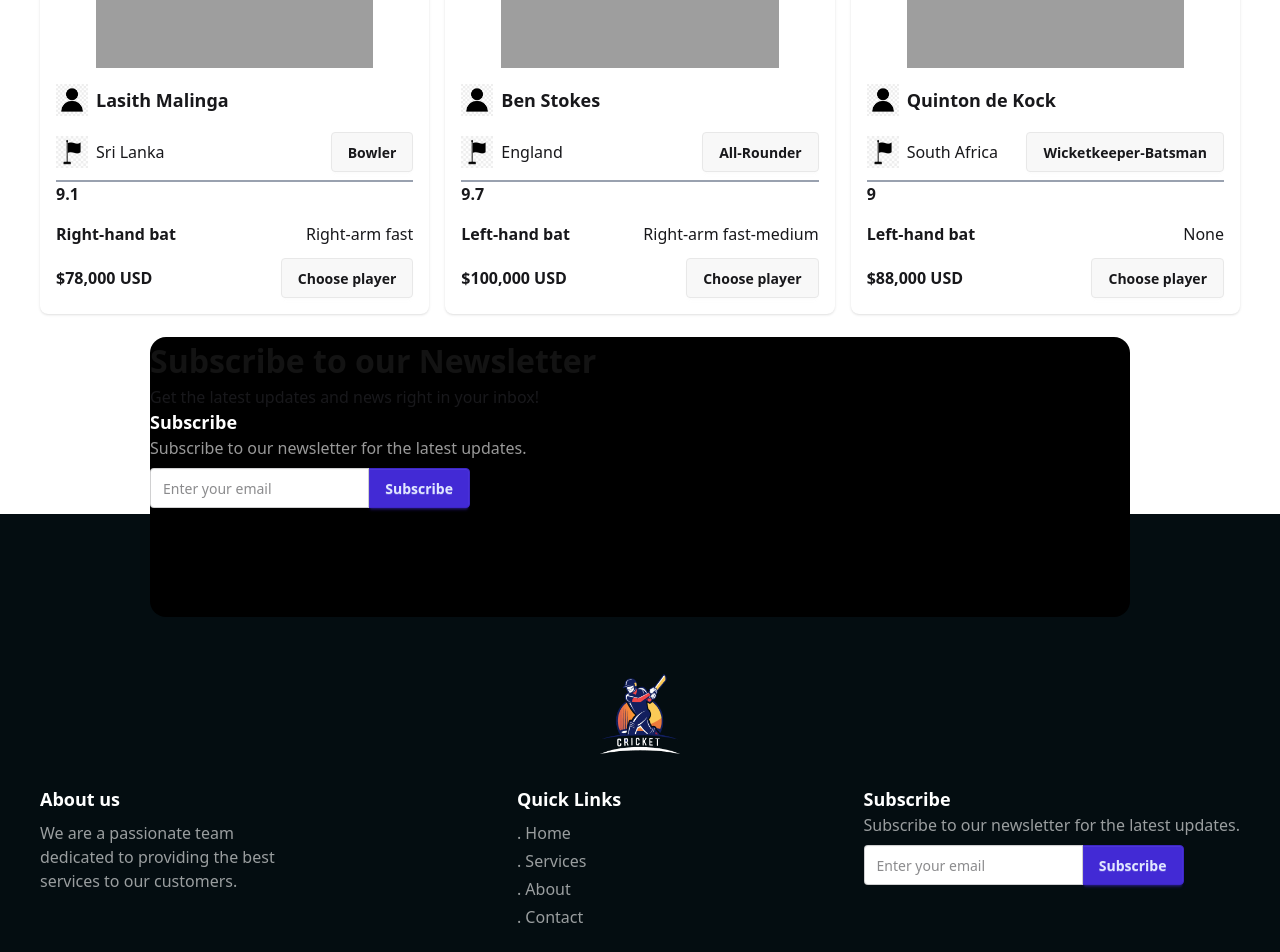
Repository: SanjidaSnigdha/Select-your-eleven
Page: /
An editor plug-in stored every save of this project. The page is shown before and after the next save, followed by the edit.
The browser window is 1280 px wide. The pictures show the part of the page from y = 2763 to 3715 px (the page is 3807 px tall).
Pictures or frames that could not be fetched are drawn as grey boxes. The project was rebuilt for these pictures with package versions that can differ from the ones it lists, and the page was loaded fresh each time. Also part of the build but not shown: vite.config.js, src/App.css, src/components/SelectedCard/SelectedCard.jsx, src/components/SelectedPlayers/SelectedPlayers.jsx.

Above is the page before, as saved 2026-03-23 01:41:37.

### index.html
<!doctype html>
<html lang="en" style="color-scheme: light;">
  <head>
    <meta charset="UTF-8" />
    <link rel="icon" type="image/svg+xml" href="/favicon.svg" />
    <meta name="viewport" content="width=device-width, initial-scale=1.0" />
    <title>select-your-eleven</title>
  </head>
  <body>
    <div id="root"></div>
    <script type="module" src="/src/main.jsx"></script>
  </body>
</html>

### src/index.css
 @import "tailwindcss";
 @plugin "daisyui" {
  themes: light --default, dark --prefersdark;
  themes: light --default;
 }

### src/App.jsx

import './App.css'
import { ToastContainer } from 'react-toastify';

import AvailablePlayers from './components/AvailablePlayers/AvailablePlayers'
import SelectedPlayers from './components/SelectedPlayers/SelectedPlayers'
import Navbar from './components/Navbar/Navbar'
import { Suspense, useState } from 'react'
import Banner from './components/Banner/Banner';
import Footer from './components/Footer/Footer';
import NewsLetter from './components/NewsLetter/NewsLetter';

const fetchPlayers = async () =>{
  const res = await fetch("/players.json")
  return res.json()
}
const playersPromise = fetchPlayers()


function App() {
  const [toggle,setToggle] = useState(true)
  const [availableBalance,setAvailableBalance] = useState(600000)
  const [purchasedPlayers,setPurchasedPlayers] = useState([])
  const removePlayer = (p) =>{
    const filteredData = purchasedPlayers.filter(ply=> ply.player_name!==p.player_name)
    console.log(filteredData)
    setPurchasedPlayers(filteredData)
    setAvailableBalance(availableBalance+parseInt(p.price.split("USD").join("").
                split(",").join("")))

  }

  return (
    <>
   <Navbar availableBalance={availableBalance}></Navbar>
   <Banner></Banner>
   <div className='max-w-[1200px] mx-auto flex justify-between items-center'>
    <h1 className='font-bold text-2xl'>{
    toggle===true?"Available players":`Selected players(${purchasedPlayers.length}/6)`}</h1>
    <div className='font-bold'>
      <button onClick={()=>setToggle(true)} className={`py-3 px-4 border-1 border-gray-400 rounded-l-2xl border-r-0 ${toggle===true?"bg-[#E7FE29]":""}`}>Available</button>
      <button onClick={()=>setToggle(false)} className={`py-3 px-4 border-1 border-gray-400 rounded-r-2xl border-l-0 ${toggle===false?"bg-[#E7FE29]":""}`}>Selected <span>({purchasedPlayers.length})</span></button>
    </div>

   </div>

     {
      toggle === true?<Suspense fallback={<span className="loading loading-spinner loading-xl"></span>
}>
    <AvailablePlayers purchasedPlayers={purchasedPlayers} setPurchasedPlayers={setPurchasedPlayers} availableBalance={availableBalance} setAvailableBalance={setAvailableBalance} playersPromise={playersPromise}></AvailablePlayers>
</Suspense>:<SelectedPlayers removePlayer={removePlayer} purchasedPlayers={purchasedPlayers} setToggle={setToggle}></SelectedPlayers>

     }



      <ToastContainer></ToastContainer>
      <NewsLetter></NewsLetter>
      <Footer></Footer>

    </>
  )
}

export default App

### src/components/AvailablePlayers/AvailablePlayers.jsx
import React, { use } from 'react';

import PlayerCard from '../PlayerCard/PlayerCard';

const AvailablePlayers = ({playersPromise,setAvailableBalance,availableBalance,purchasedPlayers,setPurchasedPlayers}) => {
    const playerData = use(playersPromise)
    return (
        <div className='max-w-[1200px] mx-auto grid grid-cols-1 md:grid-cols-3 gap-4'>

            {
              playerData.map(player=><PlayerCard setPurchasedPlayers={setPurchasedPlayers} purchasedPlayers={purchasedPlayers} availableBalance={availableBalance} setAvailableBalance={setAvailableBalance} player={player}></PlayerCard>


              )
            }

        </div>
    );
};

export default AvailablePlayers;

### src/components/Navbar/Navbar.jsx
import React from 'react';
import navImg from "../../assets/logo.png"
import dollarImg from "../../assets/dollar-1.png"

const Navbar = ({availableBalance}) => {
    return (

         <div className="navbar max-w-[1200px] mx-auto">
          <div className="flex-1">
            <a className="text-xl">
              <img className="w-60px h-50px mt-4" src={navImg} alt="" />
           </a>
          </div>
          <div className='flex justify-between items-center text-gray-500 w-60 h-20 font-semibold mr-30 gap-4'>
            <a>Home</a>
            <a>Fixture</a>
            <a>Teams</a>
            <a>Schedules</a>
          </div>
          <div className="flex items-center gap-1 ml-4">
          <span className='mr-1'>{availableBalance}</span>
          <span className='mr-1'>Coin</span>
          <img className="w-5 h-5" src={dollarImg} alt="" />
         </div>
       </div>
    );

};

export default Navbar;

### src/components/Banner/Banner.jsx
import React from 'react';
import bannerImg from '../../assets/banner-main.png'

const Banner = () => {
    return (
        <div className='max-w-[1200px] mx-auto h-[475px] bg-[#131313]/90 mt-8 mb-10 rounded-3xl relative'>
           <img src={bannerImg} alt="" className='w-2/12 mx-auto p-10'/>
           <div>
            <h1 className='font-bold w-[970px] h-[60px] text-[#FFFFFF] w-2/12 mx-auto text-center mt-2 text-xl'>Assemble Your Ultimate Dream 11 Cricket Team</h1>
            <p className='text-[#FFFFFF]/70 text-center'>Beyond Boundaries Beyond Limits</p>
            <button className='btn border-amber-400 p-1 flex mt-8 rounded-xl font-bold bg-[#E7FE29] w-2/12 mx-auto text-center items-center'>Claim Free Credit</button>
           </div>
        </div>

    );
};

export default Banner;

### src/components/Footer/Footer.jsx
import React from 'react';
import footerImg from "../../assets/logo-footer.png"

const Footer = () => {
    return (
        <footer className="bg-[#040D11] text-base-content p-10 mt-50 w-full h-[530px] relative">
            {/* Footer Image */}
            <div className='flex justify-center mt-30'>
            <img src={footerImg} alt="" className='w-20 h-20 mb-8'/>
            </div>
   <div className='flex flex-col md:flex-row justify-between gap-8'>
    <div>
    <h6 className="font-semibold text-[18px] text-[#FFFFFF]">About us</h6>
    <p className='mt-2 text-[#FFFFFF]/60'>We are a passionate team<br></br>dedicated to providing the best <br></br> services to our customers.</p>

  </div>
  <div className='text-[#FFFFFF]'>
    <h6 className="font-semibold text-[18px]">Quick Links</h6>
    <div className='flex flex-col mt-2 gap-1 text-[#FFFFFF]/60'>
    <a className="link link-hover">. Home</a>
    <a className="link link-hover">. Services</a>
    <a className="link link-hover">. About</a>
    <a className="link link-hover">. Contact</a>
    </div>
  </div>

  <form>
    <h6 className="text-[#FFFFFF] font-semibold text-[18px]">Subscribe</h6>
    <p className='text-[#FFFFFF]/60'>Subscribe to our newsletter for the latest updates.</p>
    <fieldset className="w-80">
      <div className="join mt-2">
        <input
          type="text"
          placeholder="Enter your email"
          className="input input-bordered join-item" />
        <button className="btn btn-primary join-item">Subscribe</button>
      </div>
    </fieldset>
  </form>

  </div>
  <div className='text-center'>
     <p className='text-[#FFFFFF]/60 mt-8'>@2024 Your Company All Rights Reserved.</p>
</div>
</footer>
    );
};

export default Footer;

### src/components/NewsLetter/NewsLetter.jsx
import React from 'react';

const NewsLetter = () => {
    return (
        <div className='w-[980px] h-[280px] rounded-2xl bg-black absolute -bottom-665 left-1/2 transform -translate-x-1/2 z-10'>
            <h1 className='font-bold text-[32px] text-[#131313]'>Subscribe to our Newsletter</h1>
            <p className='bg-[#131313]70'>Get the latest updates and news right in your inbox!</p>
             <form>
    <h6 className="text-[#FFFFFF] font-semibold text-[18px]">Subscribe</h6>
    <p className='text-[#FFFFFF]/60'>Subscribe to our newsletter for the latest updates.</p>
    <fieldset className="w-80">
      <div className="join mt-2">
        <input
          type="text"
          placeholder="Enter your email"
          className="input input-bordered join-item" />
        <button className="btn btn-primary join-item">Subscribe</button>
      </div>
    </fieldset>
  </form>

        </div>
    );
};

export default NewsLetter;

### src/components/PlayerCard/PlayerCard.jsx
import React, { useState } from 'react';
import userImg from "../../assets/man.png"
import flagImg from "../../assets/flag.jpg"
import { toast } from 'react-toastify';

const PlayerCard = ({player,setAvailableBalance,availableBalance,purchasedPlayers,setPurchasedPlayers}) => {
    const [isSelected,setIsSelected] = useState(false)

    const handleSelected = (playerData) =>{
        const playerPrice = parseInt(playerData.price.split("USD").join("").
                split(",").join(""))
                if(availableBalance<playerPrice){
                    toast("Not enough coins!!")
                    return
                }
                if(purchasedPlayers.length===6){
                    toast("6 players already selected")
                    return
                }

         setIsSelected(true)
                setAvailableBalance(availableBalance - playerPrice);
                setPurchasedPlayers([...purchasedPlayers,playerData])


    };
    return (
                        <div className="card bg-base-100 shadow-sm p-4">
         <figure className="px-10 pt-10">
           <img
             src={player.player_image}
             alt="Shoes"
             className='w-full h-[280px] object-cover'
              />
         </figure>
         <div className="mt-4">
           <div className='flex'>
               <img className='w-8 h-8' src={userImg} alt="" /><h2 className='card-title ml-2'>{player.player_name}</h2>
           </div>
           <div className='flex justify-between mt-4 border-b-2 border-gray-400 pb-2'>
       <div className='flex items-center'>
           <img className='w-8 h-8' src={flagImg} alt="" />
           <span className='ml-2'>{player.player_country}</span>
           </div>
           <button className='btn'>{player.playing_role}</button>
           </div>
       <div className='flex justify-between font-bold'>
           <span>{player.rating}</span>

       </div>
       <div className='flex justify-between mt-4'>
           <span className='font-bold'>{player.bating_style}</span>
           <span>{player.bowling_style}</span>
       </div>

           <div className="card-actions mt-3 flex justify-between items-center">
               <p className='font-bold'>${player.price}</p>
             <button disabled={isSelected} onClick={()=>{handleSelected(player)

             }} className="btn">{isSelected===true?"Selected":"Choose player"}</button>
           </div>
         </div>
       </div>
    );
};

export default PlayerCard;

### public/players.json
[
  {
    "player_image": "https://i.ibb.co.com/CKt7DdsZ/shakib-al-hasan-smiling-8olow941lckcha6b.jpg",
    "player_name": "Shakib Al Hasan",
    "player_country": "Bangladesh",
    "playing_role": "All-Rounder",
    "rating": 9.5,
    "bating_style": "Left-hand bat",
    "bowling_style": "Slow left-arm orthodox",
    "price": "75,000 USD"
  },
  {
    "player_image": "https://i.ibb.co.com/WWKnGkNs/Faf-du-Plessis.jpg",
    "player_name": "Faf du Plessis",
    "player_country": "South Africa",
    "playing_role": "Batsman",
    "rating": 9.0,
    "bating_style": "Right-hand bat",
    "bowling_style": "Right-arm medium",
    "price": "70,000 USD"
  },
  {
    "player_image": "https://i.ibb.co.com/XZxnnz3F/Rashid-Khan.jpg",
    "player_name": "Rashid Khan",
    "player_country": "Afghanistan",
    "playing_role": "Bowler",
    "rating": 9.8,
    "bating_style": "Right-hand bat",
    "bowling_style": "Right-arm leg spin",
    "price": "85,000 USD"
  },
  {
    "player_image": "https://i.ibb.co.com/4w5xgSNn/liton-das.jpg",
    "player_name": "Liton Das",
    "player_country": "Bangladesh",
    "playing_role": "Wicketkeeper-Batsman",
    "rating": 8.7,
    "bating_style": "Right-hand bat",
    "bowling_style": "None",
    "price": "60,000 USD"
  },
  {
    "player_image": "https://i.ibb.co.com/391gsfv8/Andre-Russell.jpg",
    "player_name": "Andre Russell",
    "player_country": "West Indies",
    "playing_role": "All-Rounder",
    "rating": 9.6,
    "bating_style": "Right-hand bat",
    "bowling_style": "Right-arm fast",
    "price": "90,000 USD"
  },
  {
    "player_image": "https://i.ibb.co.com/67D8FvCn/Mustafizur-Rahman.webp",
    "player_name": "Mustafizur Rahman",
    "player_country": "Bangladesh",
    "playing_role": "Bowler",
    "rating": 8.9,
    "bating_style": "Left-hand bat",
    "bowling_style": "Left-arm fast-medium",
    "price": "65,000 USD"
  },
  {
    "player_image": "https://i.ibb.co.com/h1wRWkVC/David-Warner.jpg",
    "player_name": "David Warner",
    "player_country": "Australia",
    "playing_role": "Batsman",
    "rating": 9.4,
    "bating_style": "Left-hand bat",
    "bowling_style": "Right-arm leg spin",
    "price": "95,000 USD"
  },
  {
    "player_image": "https://i.ibb.co.com/0VsmTGGY/Sunil-Narine.jpg",
    "player_name": "Sunil Narine",
    "player_country": "West Indies",
    "playing_role": "All-Rounder",
    "rating": 9.2,
    "bating_style": "Left-hand bat",
    "bowling_style": "Right-arm off spin",
    "price": "80,000 USD"
  },
  {
    "player_image": "https://i.ibb.co.com/HpkRbDz3/Babar.png",
    "player_name": "Babar Azam",
    "player_country": "Pakistan",
    "playing_role": "Batsman",
    "rating": 9.3,
    "bating_style": "Right-hand bat",
    "bowling_style": "None",
    "price": "92,000 USD"
  },
  {
    "player_image": "https://i.ibb.co.com/dsk08w2x/Lasith-Malinga1.jpg",
    "player_name": "Lasith Malinga",
    "player_country": "Sri Lanka",
    "playing_role": "Bowler",
    "rating": 9.1,
    "bating_style": "Right-hand bat",
    "bowling_style": "Right-arm fast",
    "price": "78,000 USD"
  },
  {
    "player_image": "https://i.ibb.co.com/s9vHr4tS/Ben-Stokes.png",
    "player_name": "Ben Stokes",
    "player_country": "England",
    "playing_role": "All-Rounder",
    "rating": 9.7,
    "bating_style": "Left-hand bat",
    "bowling_style": "Right-arm fast-medium",
    "price": "100,000 USD"
  },
  {
    "player_image": "https://i.ibb.co.com/gFhPmT1c/Quinton-de-Kock1.jpg",
    "player_name": "Quinton de Kock",
    "player_country": "South Africa",
    "playing_role": "Wicketkeeper-Batsman",
    "rating": 9.0,
    "bating_style": "Left-hand bat",
    "bowling_style": "None",
    "price": "88,000 USD"
  }
]

Loaded but not shown: src/main.jsx (common file)

After the next save:
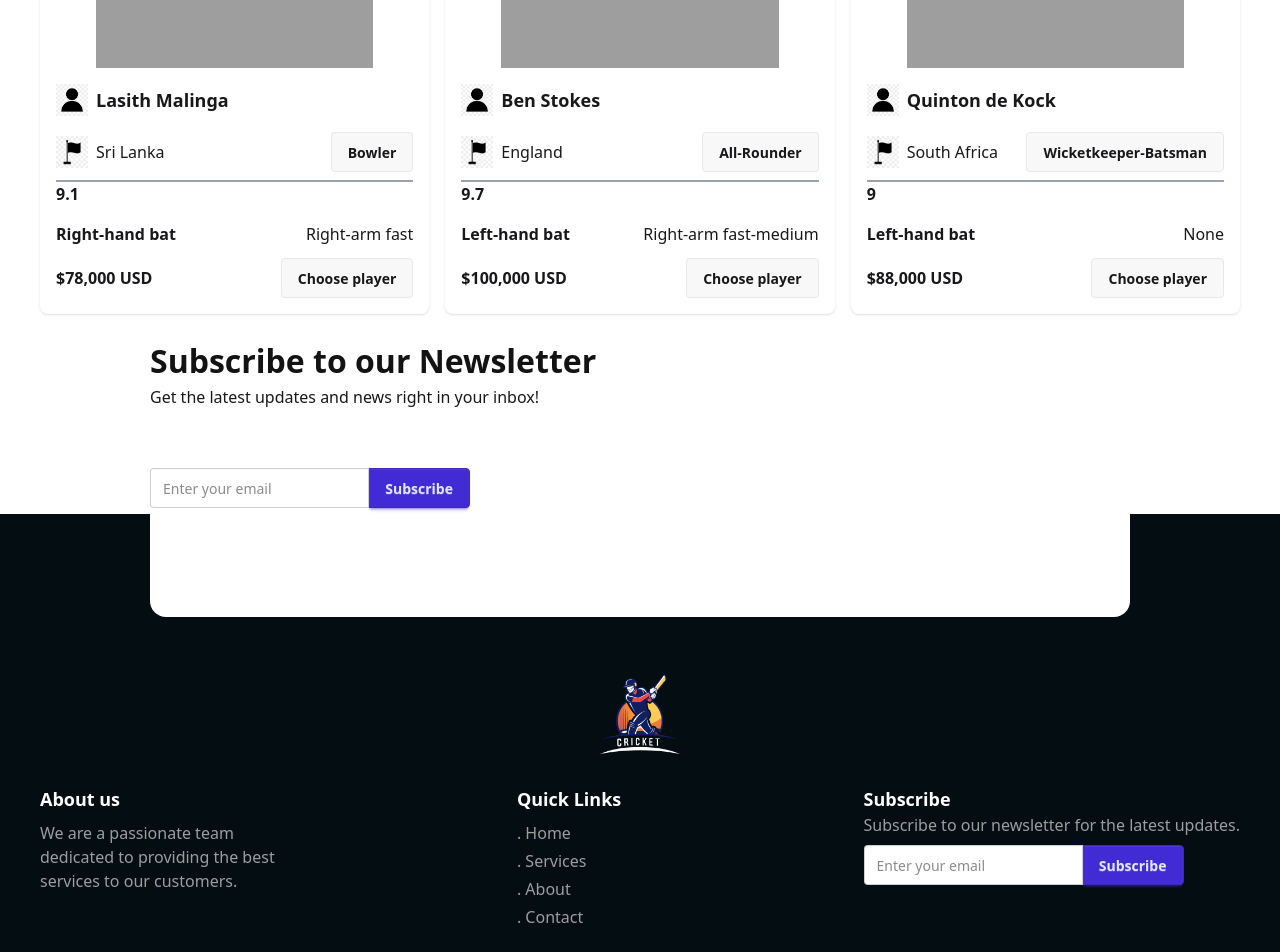
Saved 75 s later.
--- a/src/components/NewsLetter/NewsLetter.jsx
+++ b/src/components/NewsLetter/NewsLetter.jsx
@@ -2,7 +2,7 @@
 
 const NewsLetter = () => {
     return (
-        <div className='w-[980px] h-[280px] rounded-2xl bg-black absolute -bottom-665 left-1/2 transform -translate-x-1/2 z-10'>
+        <div className='w-[980px] h-[280px] rounded-2xl bg-[#ffffff] absolute -bottom-665 left-1/2 transform -translate-x-1/2 z-10'>
             <h1 className='font-bold text-[32px] text-[#131313]'>Subscribe to our Newsletter</h1>
             <p className='bg-[#131313]70'>Get the latest updates and news right in your inbox!</p>
              <form>
